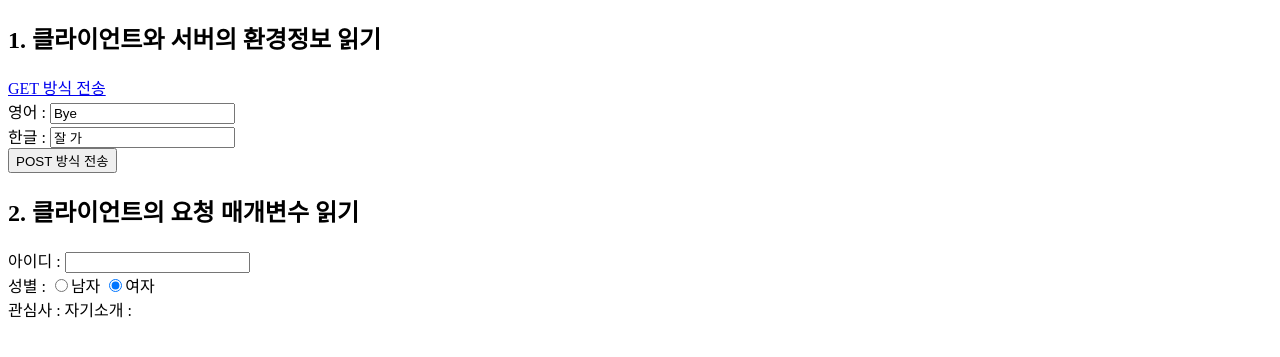
Repository: iamstudybox00/JSP_Servlet
Page: http://localhost/MustHaveJSP/02ImplicitObject/RequestMain.jsp
The author's editor kept a copy of each file at every save. The page is drawn from the files as they stood at one save, then again after a run of saves.
The browser window is 1280 px wide. The pictures show the whole page.
The page is served by Tomcat 10.

Above is the page before, as saved 2025-05-02 05:51:29.

After the next 2 saves:
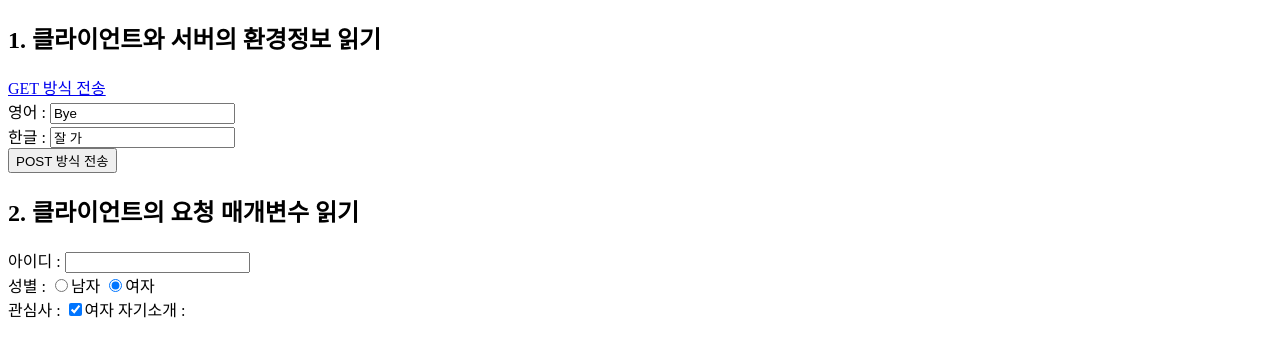
The 2 saves are shown as one change because they came seconds apart.
The last was saved 14 s later.
--- a/MustHaveJSP/src/main/webapp/02ImplicitObject/RequestMain.jsp
+++ b/MustHaveJSP/src/main/webapp/02ImplicitObject/RequestMain.jsp
@@ -26,6 +26,7 @@
 			<input type="radio" name="sex" value="woman" checked="checked" />여자
 			<br/>
 			관심사 :
+			<input type="checkbox" name="sex" value="woman" checked="checked" />여자
 			자기소개 :
 		</form>
 	</body>
